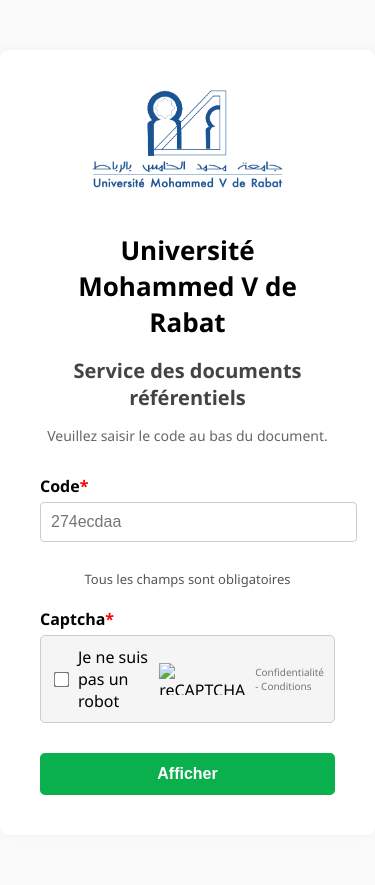
Repository: Yayhamoud22/univ_Rabat
Page: index.html
The author's editor kept a copy of each file at every save. The page is drawn from the files as they stood at one save, then again after the next save.
The browser window is 375 px wide. The pictures show the whole page.

Above is the page before, as saved 2025-07-12 21:53:13.

After the next save:
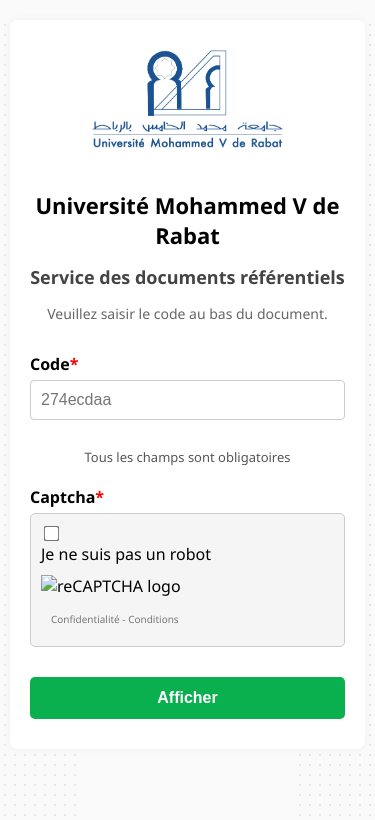
Saved 13 s later.
--- a/style.css
+++ b/style.css
@@ -1,18 +1,27 @@
-body {
+* {
+    box-sizing: border-box;
+  }
+
+  body {
     font-family: 'Segoe UI', Tahoma, Geneva, Verdana, sans-serif;
     margin: 0;
     padding: 0;
     background-color: #fafafa;
+    position: relative;
+    min-height: 100vh;
+    overflow-x: hidden;
   }
 
   .container {
     text-align: center;
     max-width: 600px;
-    margin: 50px auto;
+    margin: 60px auto;
     background-color: white;
-    padding: 40px;
+    padding: 40px 30px;
     box-shadow: 0 0 10px rgba(0,0,0,0.05);
     border-radius: 8px;
+    position: relative;
+    z-index: 10;
   }
 
   .logo {
@@ -76,6 +85,7 @@
     padding: 10px;
     border: 1px solid #ccc;
     border-radius: 5px;
+    flex-wrap: wrap;
     margin-bottom: 30px;
   }
 
@@ -93,6 +103,8 @@
     font-size: 10px;
     margin-left: 10px;
     color: #777;
+    flex-basis: 100%;
+    margin-top: 5px;
   }
 
   .submit-button {
@@ -111,3 +123,48 @@
   .submit-button:hover {
     background-color: #089f45;
   }
+
+  /* Dots on left and right */
+  .background-dots {
+    position: absolute;
+    top: 0;
+    width: 80px;
+    height: 100%;
+    background-image: radial-gradient(#ccc 1px, transparent 1px);
+    background-size: 10px 10px;
+    opacity: 0.4;
+    z-index: 0;
+  }
+
+  .background-dots.left {
+    left: 0;
+  }
+
+  .background-dots.right {
+    right: 0;
+  }
+
+  /* Mobile Responsive */
+  @media (max-width: 600px) {
+    .container {
+      margin: 20px 10px;
+      padding: 30px 20px;
+    }
+
+    .main-title {
+      font-size: 22px;
+    }
+
+    .subtitle {
+      font-size: 18px;
+    }
+
+    .captcha-box {
+      flex-direction: column;
+      align-items: flex-start;
+    }
+
+    .recaptcha {
+      margin: 10px 0 0 0;
+    }
+  }
